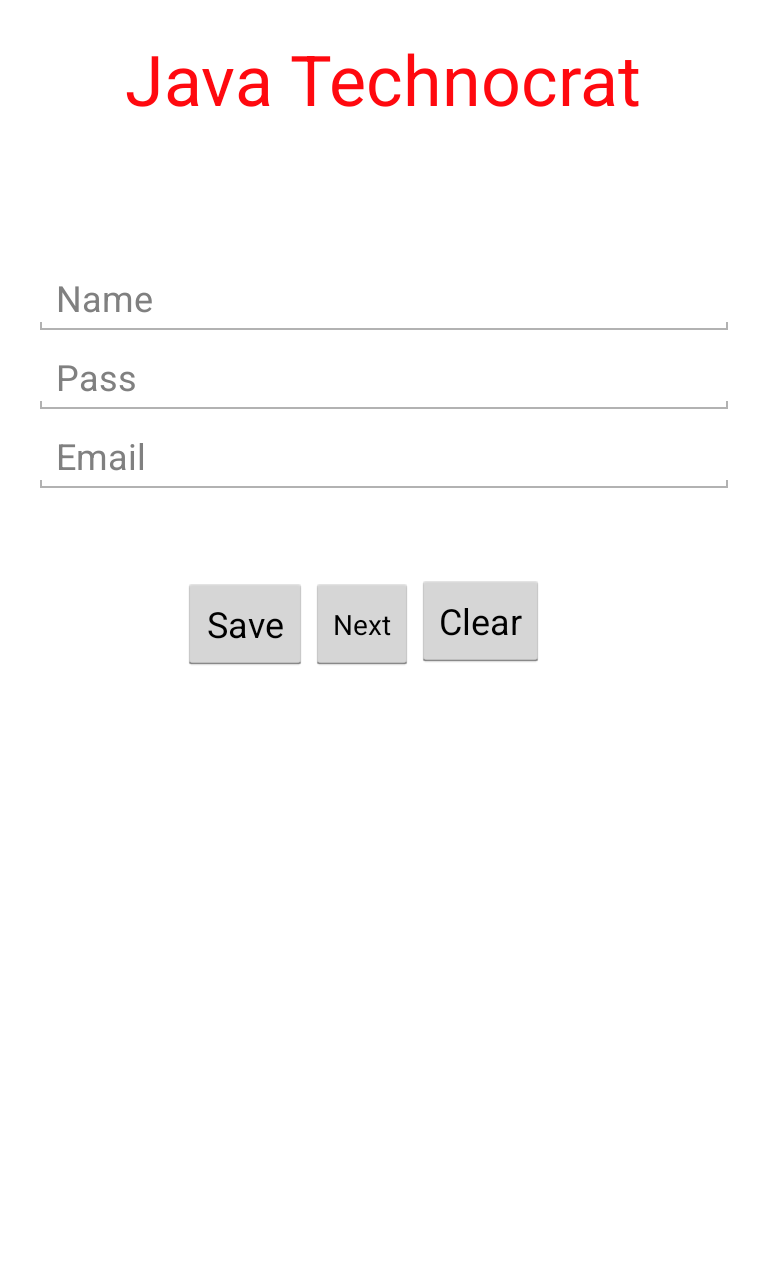
Repository: yashmoda/Android-Practice
Layout: SharedPreferenceDemo/res/layout/activity_main.xml
The author's editor kept a copy of each file at every save. The layout is drawn from the files as they stood at one save, then again after the next save.
It is drawn on a 768 x 1280 px phone screen (xhdpi) without system bars, with theme AppTheme; the app's code is not run. The app's manifest (not shown) leaves right-to-left support off. So textAlignment, textDirection and layoutDirection are ignored, and left and right values win over start and end ones.

Above is the layout before, as saved 2017-06-17 06:42:24.

### SharedPreferenceDemo/res/layout/activity_main.xml
<RelativeLayout xmlns:android="http://schemas.android.com/apk/res/android"
    xmlns:tools="http://schemas.android.com/tools"
    android:layout_width="match_parent"
    android:layout_height="match_parent"
    android:paddingBottom="@dimen/activity_vertical_margin"
    android:paddingLeft="@dimen/activity_horizontal_margin"
    android:paddingRight="@dimen/activity_horizontal_margin"
    android:paddingTop="@dimen/activity_vertical_margin"
    tools:context="com.example.sharedpreferencedemo.MainActivity" >


   <TextView
      android:layout_width="wrap_content"
      android:layout_height="wrap_content"
      android:text="Java Technocrat"
      android:id="@+id/textView2"
      android:layout_below="@+id/textView"
      android:layout_centerHorizontal="true"
      android:textSize="35dp"
      android:textColor="#ff090f" />

   <EditText
      android:layout_width="wrap_content"
      android:layout_height="wrap_content"
      android:id="@+id/editText"
      android:layout_below="@+id/textView2"
      android:layout_marginTop="67dp"
      android:hint="Name"
      android:layout_alignParentRight="true"
      android:layout_alignParentEnd="true"
      android:layout_alignParentLeft="true"
      android:layout_alignParentStart="true" />

   <EditText
      android:layout_width="wrap_content"
      android:layout_height="wrap_content"
      android:id="@+id/editText2"
      android:layout_below="@+id/editText"
      android:layout_alignParentLeft="true"
      android:layout_alignParentStart="true"
      android:layout_alignParentRight="true"
      android:layout_alignParentEnd="true"
      android:hint="Pass" />

   <EditText
      android:layout_width="wrap_content"
      android:layout_height="wrap_content"
      android:id="@+id/editText3"
      android:layout_below="@+id/editText2"
      android:layout_alignParentLeft="true"
      android:layout_alignParentStart="true"
      android:layout_alignParentRight="true"
      android:layout_alignParentEnd="true"
      android:hint="Email" />

   <Button
       android:id="@+id/button"
       android:layout_width="wrap_content"
       android:layout_height="wrap_content"
       android:layout_alignLeft="@+id/textView2"
       android:layout_below="@+id/editText3"
       android:layout_marginLeft="28dp"
       android:layout_marginTop="40dp"
       android:text="Save" />

   <Button
       android:id="@+id/button1"
       style="?android:attr/buttonStyleSmall"
       android:layout_width="wrap_content"
       android:layout_height="wrap_content"
       android:layout_alignTop="@+id/button"
       android:layout_toRightOf="@+id/button"
       android:text="Next" />

   <Button
       android:id="@+id/button2"
       android:layout_width="wrap_content"
       android:layout_height="wrap_content"
       android:layout_alignBaseline="@+id/button1"
       android:layout_alignBottom="@+id/button1"
       android:layout_toRightOf="@+id/button1"
       android:text="Clear" />

</RelativeLayout>

Loaded but not shown: SharedPreferenceDemo/res/values/styles.xml (common file); SharedPreferenceDemo/res/values-v11/styles.xml (common file); SharedPreferenceDemo/res/values-v14/styles.xml (common file); SharedPreferenceDemo/res/values/dimens.xml (common file); SharedPreferenceDemo/res/values-w820dp/dimens.xml (common file)

After the next save:
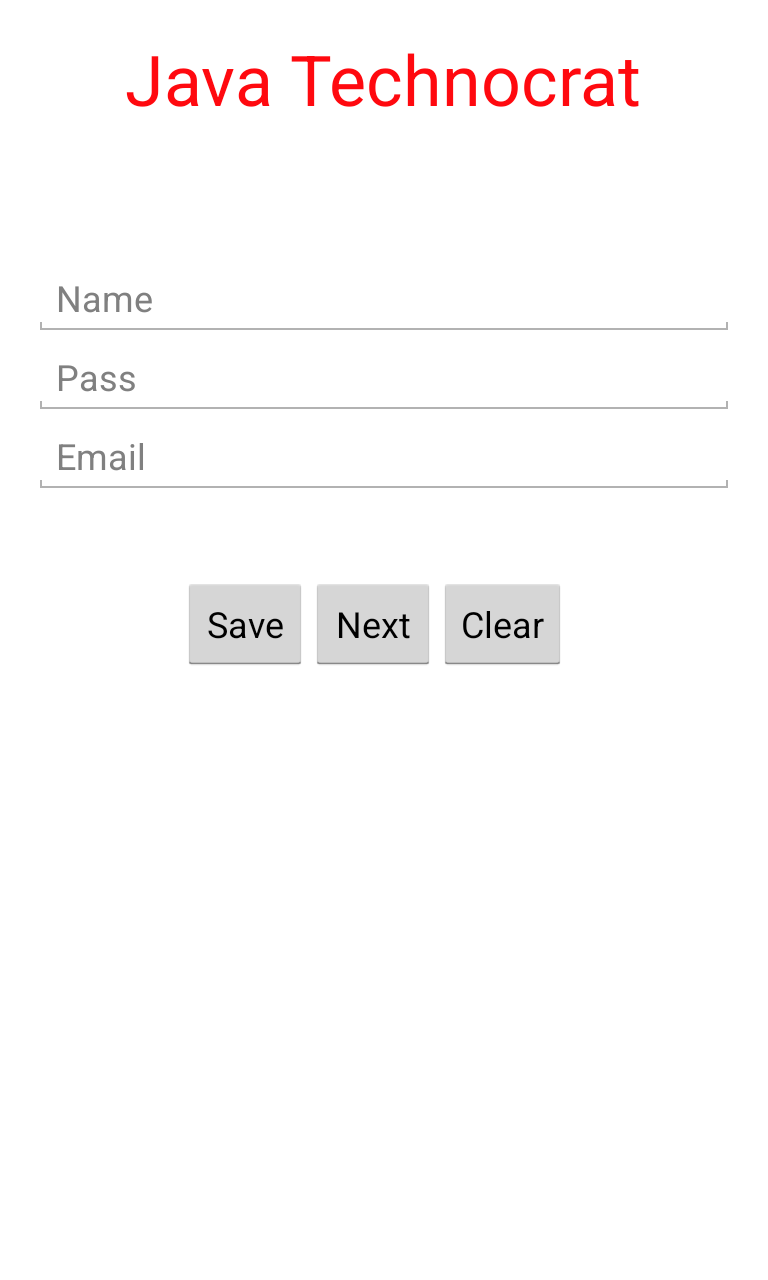
Saved 6 s later.
--- a/SharedPreferenceDemo/res/layout/activity_main.xml
+++ b/SharedPreferenceDemo/res/layout/activity_main.xml
@@ -65,7 +65,6 @@
 
    <Button
        android:id="@+id/button1"
-       style="?android:attr/buttonStyleSmall"
        android:layout_width="wrap_content"
        android:layout_height="wrap_content"
        android:layout_alignTop="@+id/button"
